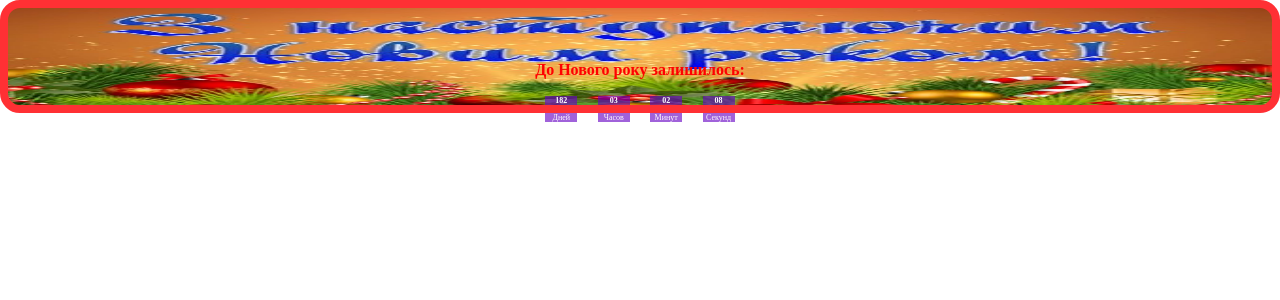
Repository: KonstantinKhamilov/JavaScript11-new-year
Page: index.html
The author's editor kept a copy of each file at every save. The page is drawn from the files as they stood at one save, then again after the next save.
The browser window is 1280 px wide. The pictures show the whole page.

Above is the page before, as saved 2024-12-29 18:50:29.

After the next save:
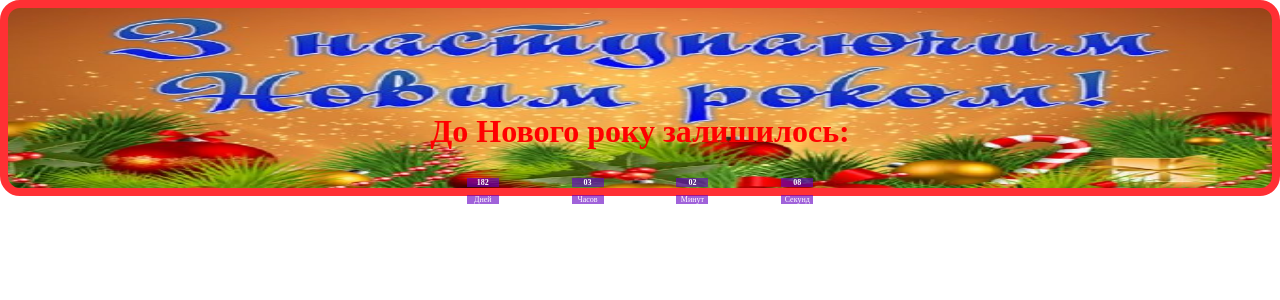
Saved 6 s later.
--- a/newYear.css
+++ b/newYear.css
@@ -22,7 +22,7 @@ body {
     padding: 0px;
   }
 
-  h1 {
+  .text {
     color: rgb(255, 0, 0);
     font-family: cursive;
     font-size: 1em;
